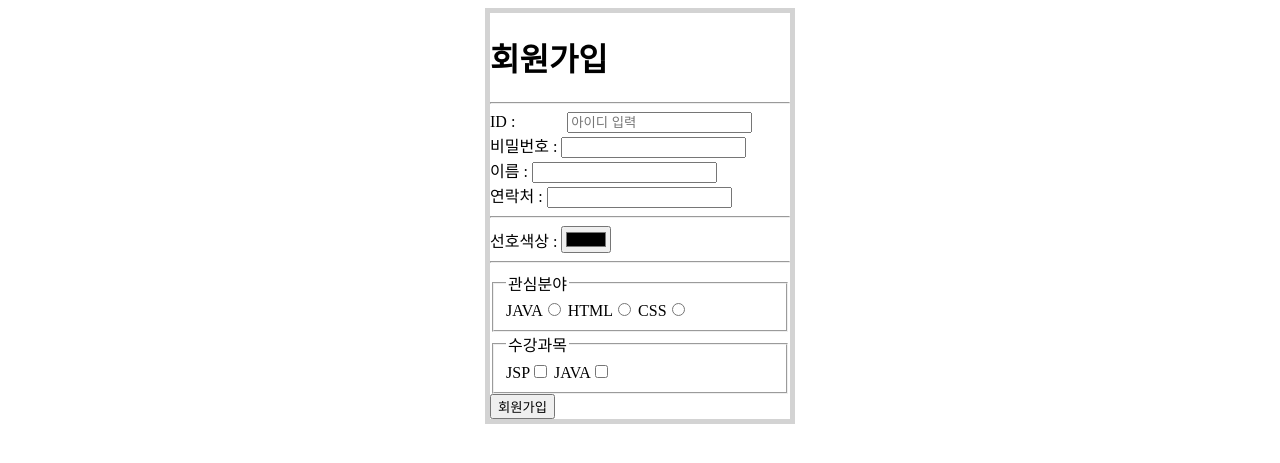
Repository: dychung1021/newrepository
Page: http://localhost/JSP05/
The author's editor kept a copy of each file at every save. The page is drawn from the files as they stood at one save, then again after the next save.
The browser window is 1280 px wide. The pictures show the whole page.
The page is served by Tomcat 9.

Above is the page before, as saved 2024-05-10 05:36:06.

### JSP/JSP05/src/main/webapp/index.jsp
<%@ page language="java" contentType="text/html; charset=utf-8"
    pageEncoding="utf-8"%>
<!DOCTYPE html>
<html>
	<head>
		<meta charset="utf-8">
		<title>간단한 회원가입</title>
		<style>
			#wrap{
				width:300px;
				border:5px solid lightgray;
				margin : 0 auto;

				}
				input[name="id"]{
					margin-left:48px;
				}
		</style>
	</head>
	<body>
		<div id="wrap">
			<form method="get" action="main.jsp">
				<h1> 회원가입 </h1>
				<hr>
				ID : <input type="text" name="id" placeholder="아이디 입력"><br>
				비밀번호 : <input type="password" name="pw"><br>
				이름 : <input type="text" name="nm"><br>
				연락처 : <input type="text" name="phone"><br>
				<hr>
				선호색상 : <input type="color" name="c" >

				<hr>
				<fieldset>
					<legend>관심분야</legend>
					JAVA<input type="radio" name="subject" value="java">
					HTML<input type="radio" name="subject" value="html">
					CSS<input type="radio" name="subject" value="css">
				</fieldset>
				<fieldset>
					<legend>수강과목</legend>
					JSP<input type="checkbox" name="jsp">
					JAVA<input type="checkbox" name="java">
				</fieldset>
				<input type="hidden" name="hid" value="요주의">
				<input type="submit" value="회원가입">
			</form>

		</div>
	</body>
</html>

After the next save:
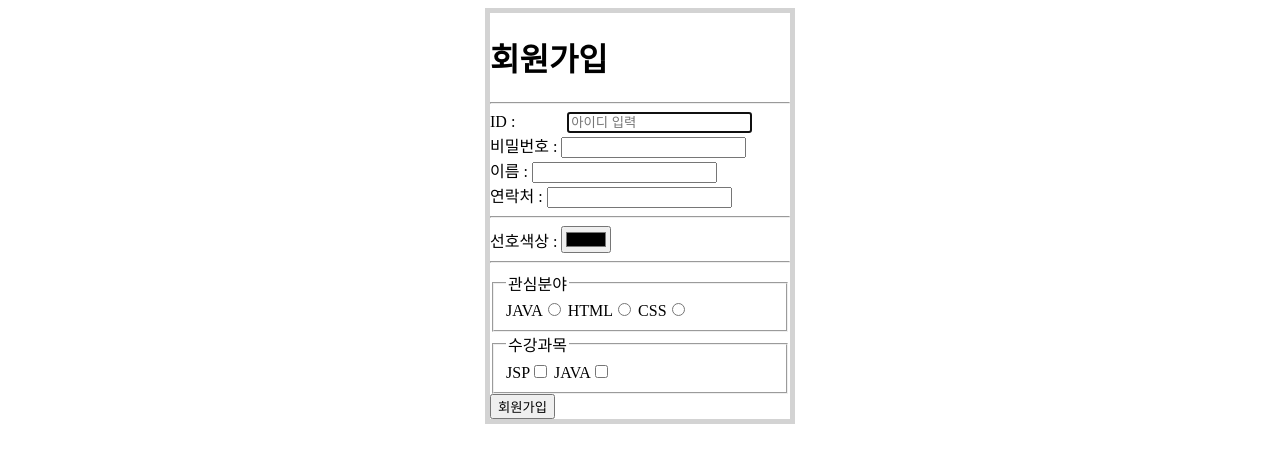
Saved 5 min 32 s later.
--- a/JSP/JSP05/src/main/webapp/index.jsp
+++ b/JSP/JSP05/src/main/webapp/index.jsp
@@ -22,7 +22,7 @@
 			<form method="get" action="main.jsp">
 				<h1> 회원가입 </h1>
 				<hr>
-				ID : <input type="text" name="id" placeholder="아이디 입력"><br>
+				ID : <input type="text" name="id" placeholder="아이디 입력" required autofocus><br>
 				비밀번호 : <input type="password" name="pw"><br>
 				이름 : <input type="text" name="nm"><br>
 				연락처 : <input type="text" name="phone"><br>
